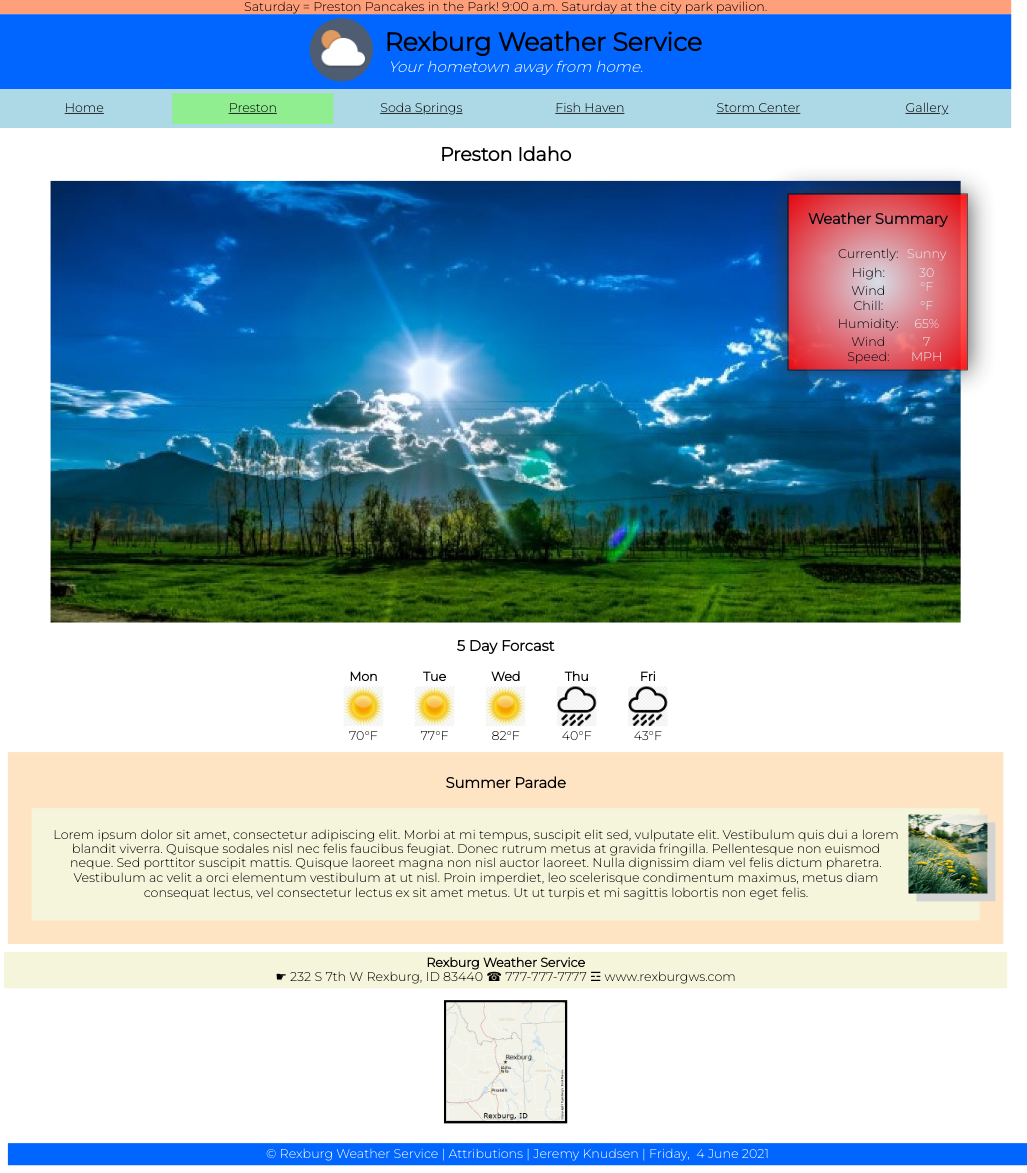
Repository: jknudsen97/jknudsen97.github.io
Page: Lesson06/preston-6.html
These files come from the project's save history. The page is drawn as it stood at one moment and after the next save; the edit follows.
The browser window is 1280 px wide. The page is 1300 px wide, so the pictures cover 1300 px, including what lies to the right of the window. The pictures show the whole page, at 79% of full size.

Above is the page before, as saved 2021-06-09 12:41:19.

### Lesson06/preston-6.html
<!DOCTYPE html>
<html lang="en">
<head>
    <meta charset="UTF-8">
    <meta http-equiv="X-UA-Compatible" content="IE=edge">
    <meta name="viewport" content="width=device-width, initial-scale=1.0">
    <title>Rexburg Weather Service</title>
    <meta name="description" content="This will be the main preston town page"/>
    <link rel="preconnect" href="https://fonts.gstatic.com">
    <link href="https://fonts.googleapis.com/css2?family=Montserrat:wght@100;300&display=swap" rel="stylesheet">
    <link rel="preconnect" href="https://fonts.gstatic.com">
    <link href="https://fonts.googleapis.com/css2?family=Nunito:wght@300&display=swap" rel="stylesheet">
    <script defer src="js/script.js"></script>
    <link rel="stylesheet" href="https://cdnjs.cloudflare.com/ajax/libs/normalize/8.0.1/normalize.min.css">
    <link rel="stylesheet" href="css/main.css"/>
    <link rel="stylesheet" href="css/medium.css"/>
    <link rel="stylesheet" href="css/large.css"/>
</head>
<body>
    <div class="banner">Saturday = Preston Pancakes
        in the Park!  9:00 a.m.
        Saturday at the city park pavilion.
    </div>
    <header>
        <picture>
            <img src="images/logo.png" alt="Preston logo">
        </picture>
        <section class="headings">
            <h1>Rexburg Weather Service</h1>
            <div class="motto">Your hometown away from home.</div>
        </section>
    </header>

    <div class="nav">
        <div class="hamburger">
            <span class="bar"></span>
            <span class="bar"></span>
            <span class="bar"></span>
        </div>
        <ul class="menu">
            <li><a href="#home" class="link">Home</a></li>
            <li><a href="#preston" class="current">Preston</a></li>
            <li><a href="#sodaSprings" class="link">Soda Springs</a></li>
            <li><a href="#fishHaven" class="link">Fish Haven</a></li>
            <li><a href="#stormCenter" class="link">Storm Center</a></li>
            <li><a href="#gallery" class="link">Gallery</a></li>
        </ul>
    </div>
    <main>
        <div>
            <h2>Preston Idaho</h2>
            <picture>
                <source srcset="images/wdd230_image200.jpeg" media="(max-width: 500px)">
                <source srcset="images/wdd230_image400.jpeg" media="(max-width: 800px)">
                <source srcset="images/wdd230_image600.jpeg" media="(max-width: 1200px)">
                <img class="stock1" src="images/wdd230_image600.jpeg" alt="Stock Photo 1">
            </picture>
                    <div class="summary">
                        <h3>
                            Weather Summary
                        </h3>
                        <div class="sum-titles">
                            <ul class="sum-data">
                                <li>Currently: </li>
                                <li>High: </li>
                                <li>Wind Chill: </li>
                                <li>Humidity: </li>
                                <li>Wind Speed: </li>
                            </ul>
                            <ul>
                                <li class="s-color">Sunny</li>
                                <li class="s-color"><span id="temp">30</span>&#176;F</li>
                                <li class="s-color"><span id="WC"></span>&#176;F</li>
                                <li class="s-color">65%</li>
                                <li class="s-color"> <span id="speed">7</span>MPH</li>
                            </ul>
                        </div>
                    </div>
                    <div class="weather">
                        <h3>5 Day Forcast</h3>
                        <table class="table">
                            <tr class="days">
                                <th>Mon</th>
                                <th>Tue</th>
                                <th>Wed</th>
                                <th>Thu</th>
                                <th>Fri</th>
                            </tr>
                            <tr>
                                <td><img class="sunny" src="images/sunny.png" alt="Sunny Thumbnail"><span>70&#176;F</span></td>
                                <td><img class="sunny" src="images/sunny.png" alt="Sunny Thumbnail"><span>77&#176;F</span></td>
                                <td><img class="sunny" src="images/sunny.png" alt="Sunny Thumbnail"><span>82&#176;F</span></td>
                                <td><img class="rainy" src="images/rainy.png" alt="Sunny Thumbnail"><span>40&#176;F</span></td>
                                <td><img class="rainy" src="images/rainy.png" alt="Sunny Thumbnail"><span>43&#176;F</span></td>
                            </tr>
                        </table>
                    </div>
                    <div class="background">
                    <h3>Summer Parade</h3>
                    <img class="stock2" src="images/stock2.jpg" alt="Stock Photo 2">
                <div class="fillerText">
                    <p>
                    Lorem ipsum dolor sit amet, consectetur adipiscing elit.
                    Morbi at mi tempus,
                    suscipit elit sed,
                    vulputate elit. Vestibulum quis dui a lorem blandit viverra.
                    Quisque sodales nisl nec felis faucibus feugiat.
                    Donec rutrum metus at gravida fringilla.
                    Pellentesque non euismod neque.
                    Sed porttitor suscipit mattis.
                    Quisque laoreet magna non nisl auctor laoreet.
                    Nulla dignissim diam vel felis dictum pharetra.
                    Vestibulum ac velit a orci elementum vestibulum at ut nisl.
                    Proin imperdiet, leo scelerisque condimentum maximus,
                    metus diam consequat lectus,
                    vel consectetur lectus ex sit amet metus.
                    Ut ut turpis et mi sagittis lobortis non eget felis.
                    </p>
                </div>
            </div>
        </div>
        <div class="contact">
            <p class="contact-info"><b>Rexburg Weather Service</b>
            &#9755;	232 S 7th W
            Rexburg, ID 83440
            &#9742; 777-777-7777
            &#9778; www.rexburgws.com</p>
        </div>
        <div class="map">
            <img class="map2" src="images/map.png" alt="Rexburg Map">
        </div>
    </main>
    <footer>
        <div>&copy; Rexburg Weather Service | Attributions | Jeremy Knudsen |&nbsp;</div>
        <div class="current2">
            <span id="currentDayofWeek"></span>, &nbsp;
            <span id="currentDay"></span> &nbsp; <span id="currentMonth"></span> &nbsp;
            <span id="currentYear"></span>
        </div>
    </footer>
</body>
</html>

### Lesson06/css/main.css
header {
    background-color: #0066ff;
    padding: 5px;
    display: flex;
    align-items: center;
    justify-content: center;
}

header img{
    width: 50px;
    height: auto;
}

body{
    font-family: 'Montserrat', sans-serif;
}

main{
    text-align: center;
}

p{
    justify-content: center;
    background-color: beige;
    padding: 25px;
    margin: 20px;
}

.headings {
    display: flex;
    flex-direction: column;
}

.headings h1{
    font-size: 2em;
    margin: 0 0 0 15px;
}

.motto{
    font-style: italic;
    color: white;
    margin-left: 20px;
    font-size: 1.2rem;
}

.nav{
    overflow: hidden;
    background-color: lightblue;
    position: relative;
}

.menu{
    overflow: hidden;
    display: none;
}

.menu li{
    list-style: none;
    text-decoration: none;
    flex: 1;
    text-align: center;
    justify-content: center;
    box-sizing: border-box;
    line-height: 1.5rem;
}

.menu a{
    color: black;
    justify-content: space-between;
    text-align: center;
    list-style-type: none;
    flex-direction: row;
    align-items: center;
    display: block;
}

.active{
    display: block;
    padding: 0px;
}

a.link, a.current{
    padding: 7.5px;
}

.nav a.icon{
    background: black;
    display: block;
    position: absolute;
    right: 0;
    top: 0;
}

.hamburger{
    display: none;
}

.bar{
    display: block;
    width: 25px;
    height: 3px;
    margin: 5px auto;
    -webkit-transition: all 0.3s ease-in-out;
    transition: all 0.3s ease-in-out;
    background-color: black;
}

footer {
    margin: 10px;
    color: white;
    background-color: #0066ff;
    padding: 5px;
    display: flex;
    align-items: center;
    justify-content: center;
    flex-direction: column;
}

.hamburger{
    display: block;
    cursor: pointer;
}

.hamburger.active .bar:nth-child(2) {
    opacity: 0;
}

.hamburger.active .bar:nth-child(1) {
    transform: translateY(8px) rotate(45deg);
}

.hamburger.active .bar:nth-child(3) {
    transform: translateY(-8px) rotate(-45deg);
}

.header img{
    width: 120px;
    height: auto;
}

/*Lesson05*/

.stock1{
    display: block;
    align-items: center;
    margin-left: auto;
    margin-right: auto;
    max-width: 95%;
    height: auto;
    position: relative;
}

.stock2{
    box-shadow: 10px 10px lightgray;
    margin: 10px;
    float: right;
    width: 100px;
    height: 100px;
}

.fillertext{
    padding: 15px;
    margin: 10px;
    text-align: justify;
}

.background{
    justify-content: center;
    display: block;
    background-color: bisque;
    padding: 10px;
    margin: 10px;
}

.weather{
    display: none;
}

.contact-info{
    margin: 5px;
    padding: 5px;
    display: flex;
    flex-direction: column;
}

.map{
    display: none;
}

ul{
    padding: 0;
    margin: 0;
    list-style-type: none;
}

li{
    margin: 5px;
}

div.summary{
    top: 240px;
    right: 50px;
    background: radial-gradient(#eee, red);
    border: 1px solid #000;
    padding: 0.15rem;
    box-shadow: 0 0 30px #333;
    opacity: .9;
    margin: 5px;
}

.s-color{
    color: white;
}

.banner{
    text-align: center;
    background-color: lightsalmon;
    margin-left: auto;
    margin-right: auto;
}

td{
    padding-right: 20px;
    padding-left: 20px;
}

tr{
    padding: 5px;
    clear: both;
    overflow: hidden;
    white-space: nowrap;
}

.sum-titles{
    display: grid;
    grid-template-columns: 1fr 1fr;
}

### Lesson06/css/medium.css
@media only screen and (min-width: 32.5em){
    .menu{
        display: flex;
    }

    header img{
        width: 80px;
        height: auto;
    }

    .headings h1{
        font-size: 2rem;
    }

    .hamburger{
        display: none;
    }

    footer{
        margin: 10px;
        flex-direction: row;
        width: 100%;
    }

    /*Lesson05*/

    .stock1{
        width: 50%;
        height: 10%;
    }

    .weather{
        display: contents;
    }

    .table{
        border-collapse: collapse;
        margin-left: auto;
        margin-right: auto;
    }

    th, td{
        border: 1px black;
    }

    .sunny{
        width: 50px;
        height: 50px;
    }

    .rainy{
        width: 50px;
        height: 50px;
    }

    span{
        display: block;
    }

    .current2{
        display: flex;
        flex-direction: row;
    }

    .map{
        display: contents;
    }

    .map2{
        position: static;
        width: 150px;
        height: 150px;
        margin: 10px;
        border-style: solid;
        border-color: black;
    }

    .summary{
        top: 275px;
        right: 50px;
        position: absolute;
    }

    .sum-titles{
        position: static;
        border-collapse: collapse;
        margin-left: auto;
        margin-right: auto;
        max-width: 50%;
        height: auto;
    }

    .nav a:active{
        background-color: white;
    }

    .nav a:hover{
        background-color: green;
        color: white;
    }


    .current {
        background:lightgreen;
      }
}

### Lesson06/css/large.css
@media only screen and (min-width: 60em){
    .menu{
        display: flex;
        top: 5rem;
        border-radius: 10px;
        justify-content: space-between;
        width: 100%;
        transition: 0.3s;
    }

    .stock1{
        width: 90%;
    }
}

### Lesson06/js/script.js
const hamburger = document.querySelector(".hamburger");
const menu = document.querySelector(".menu");
hamburger.addEventListener("click", mobileMenu);

function mobileMenu() {
    hamburger.classList.toggle("active");
    menu.classList.toggle("active");
}

const link = document.querySelectorAll(".link");
link.forEach(n => n.addEventListener("click", closeMenu));

function closeMenu(){
    hamburger.classList.remove("active");
    menu.classList.remove("active");
}

var d = new Date();
var weekday = new Array(7);
weekday[0] = "Sunday";
weekday[1] = "Monday";
weekday[2] = "Tuesday";
weekday[3] = "Wednesday";
weekday[4] = "Thursday";
weekday[5] = "Friday";
weekday[6] = "Saturday";

var n = weekday[d.getDay()];
document.querySelector("#currentDayofWeek").innerHTML = n;

var n = d.getDate();
document.querySelector("#currentDay").innerHTML = n;

var month = new Array();
month[0] = "January";
month[1] = "February";
month[2] = "March";
month[3] = "April";
month[4] = "May";
month[5] = "June";
month[6] = "July";
month[7] = "August";
month[8] = "September";
month[9] = "October";
month[10] = "November";
month[11] = "December";

var n = month[d.getMonth()];
document.querySelector("#currentMonth").innerHTML = n;

var n = d.getFullYear();
document.querySelector("#currentYear").innerHTML = n;

//Lesson05

/*var header = document.querySelector("#nav");
var btns = header.getElementsByClassName("link");
for (var i = 0; i < btns.length; i++) {
  btns[i].addEventListener("click", function() {
  var current = document.getElementsByClassName("active");
  if (current.length > 0) {
    current[0].className = current[0].className.replace(" active", "");
  }
  this.className += " active";
  });
}*/

/*const current = 0;
for (var i = 0; i < document.links.length; i++) {
    if (document.links[i].href === document.URL) {
        current = i;
    }
}
document.links[current].className = 'current';*/

let thedate = new Date();
const friday = thedate.getDay();
const banner = document.querySelector('.banner');

if (thedate.getDay() == 5)
{
  document.querySelector('.banner').style.display = 'block';
}
else
{
  banner.style.display = "none";
}

After the next save:
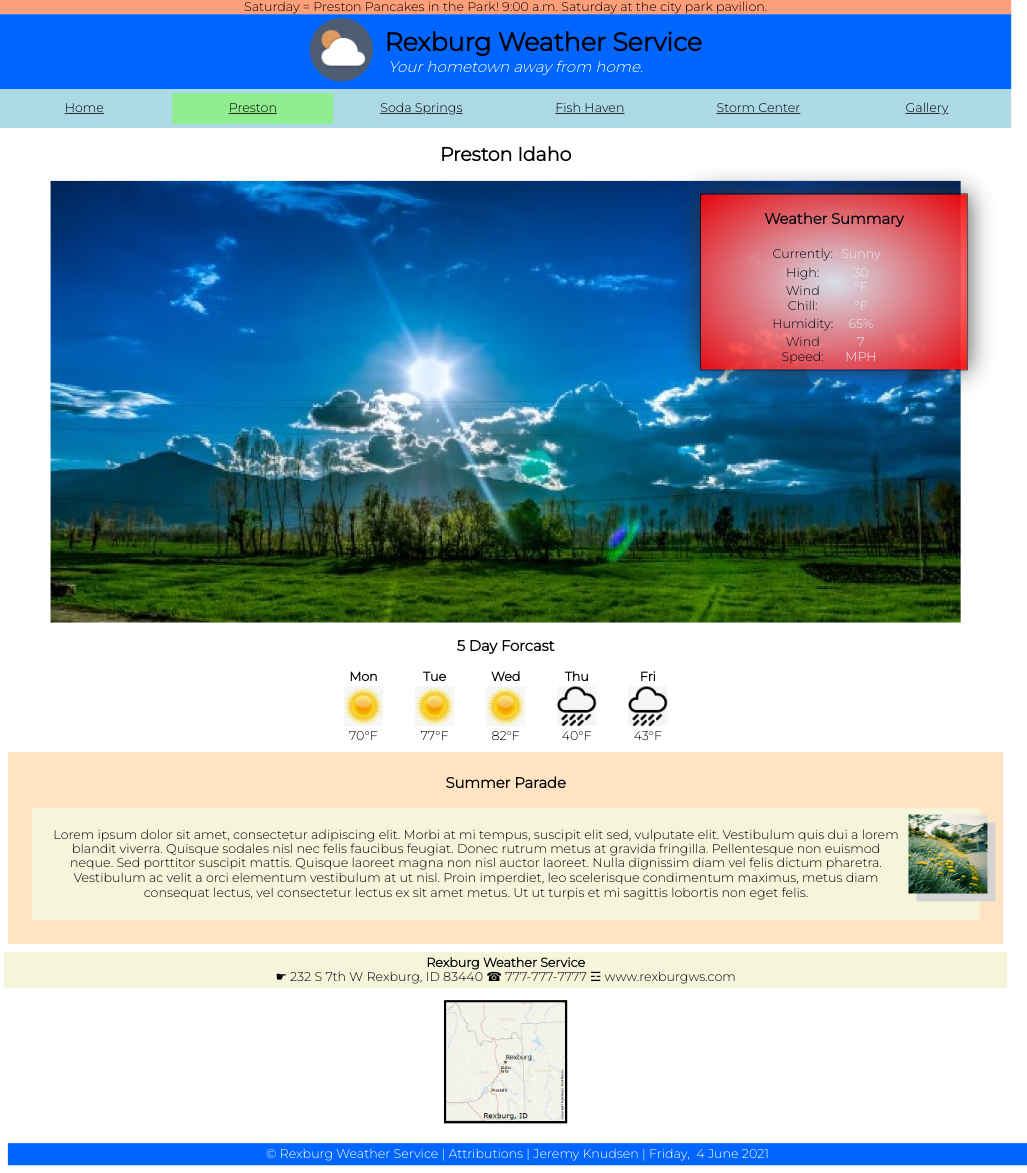
Saved 3 min 54 s later.
--- a/Lesson06/css/main.css
+++ b/Lesson06/css/main.css
@@ -233,5 +233,5 @@
 
 .sum-titles{
     display: grid;
-    grid-template-columns: 1fr 1fr;
-}
+    grid-template-columns: 1fr 1fr 1fr;
+}

After the save that followed:
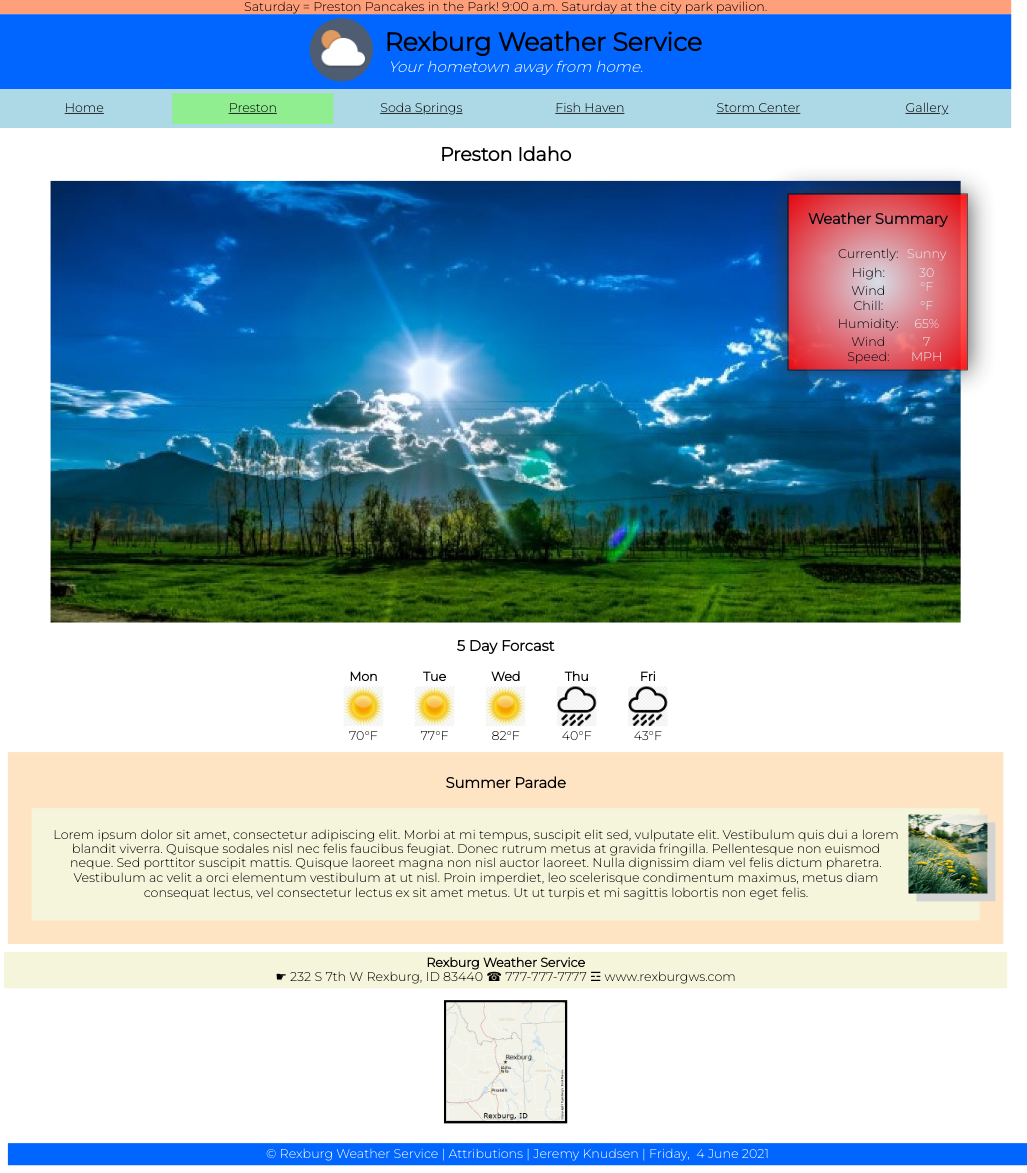
Saved 6 s later.
--- a/Lesson06/css/main.css
+++ b/Lesson06/css/main.css
@@ -233,5 +233,5 @@
 
 .sum-titles{
     display: grid;
-    grid-template-columns: 1fr 1fr 1fr;
-}
+    grid-template-columns: 1fr 1fr;
+}
